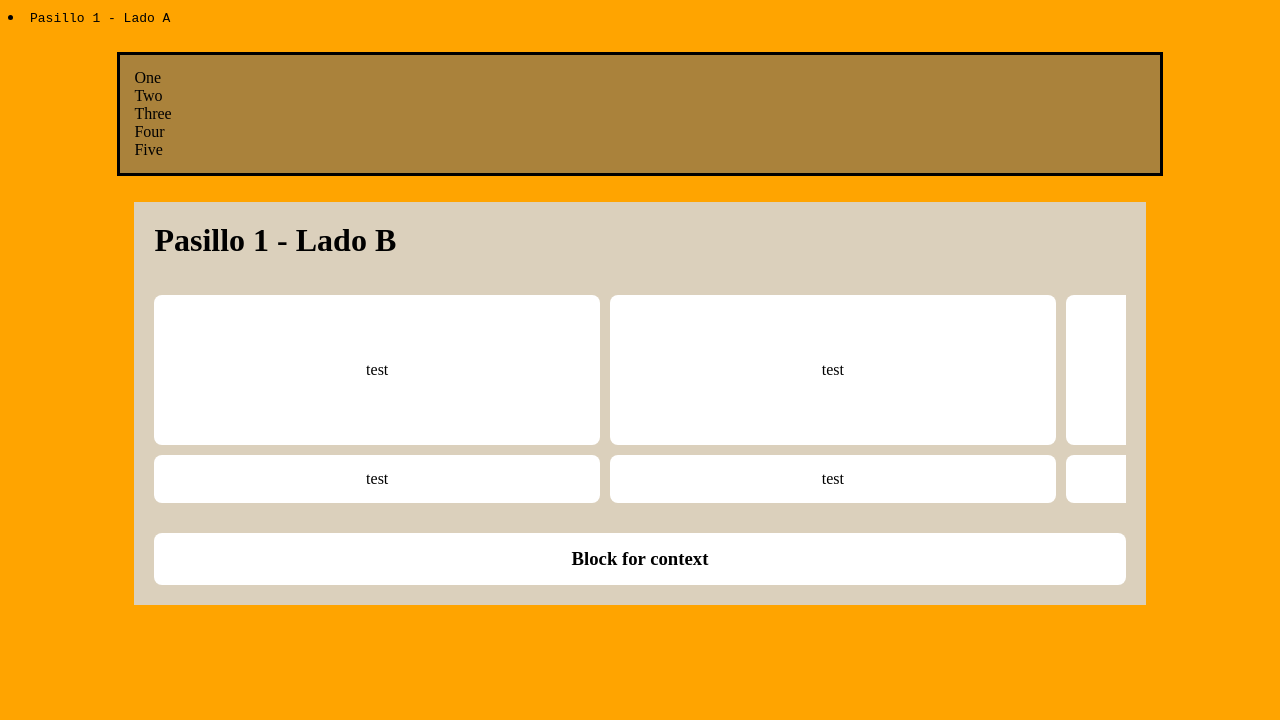
Repository: Franzcod/DepoStock_Web
Page: index.html
These files come from the project's save history. The page is drawn as it stood at one moment and after the next save; the edit follows.
The browser window is 1280 px wide. The pictures show the whole page.

Above is the page before, as saved 2020-06-07 02:20:12.
Console error: ReferenceError: ur is not defined

### index.html
<!DOCTYPE html>
<html lang="en">
<head>
    <meta charset="UTF-8">
    <meta name="viewport" content="width=device-width, initial-scale=1.0">
    <title>Deposito Probusol</title>

    <link rel="stylesheet" href="estilo/estilo.css">
</head>
<body>

    <li><code>Pasillo 1 - Lado A</code>
        <div id="div2">
            <div class="wrapper">
                <div class="box1">One</div>
                <div class="box2">Two</div>
                <div class="box3">Three</div>
                <div class="box4">Four</div>
                <div class="box5">Five</div>
            </div>
        </div>
    </li>

    <div class="app">
        <h1>Pasillo 1 - Lado B</h1>

        <ul class="hs">
            <li class="item">test</li>
            <li class="item">test</li>
            <li class="item">test</li>
            <li class="item">test</li>
            <li class="item">test</li>
            <li class="item">test</li>
            <li class="item">test</li>
            <li class="item">test</li>
            <li class="item">test</li>
            <li class="item">test</li>
            <li class="item">test</li>
            <li class="item">test</li>
        </ul>

        <div class="container">
            <div class="item">
            <h3>Block for context</h3>
            </div>
        </div>
    </div>






    <script>ur</script>

</body>







</html>

### estilo/estilo.css
html{
    background-color: rgba(255, 164, 0, 1);
}

#div2 {
    border: 3px solid black;
    width:  80%;
    height: 40%;
    margin: 2vw auto;
    padding: 2vh 2vh;
    background-color: rgba(105, 105, 105, 0.565);
}

#div2 { overflow-x: scroll;}

:root {
--gutter: 20px;
}

.app {
padding: var(--gutter) 0;
display: grid;
grid-gap: var(--gutter) 0;
grid-template-columns: var(--gutter) 1fr var(--gutter);
align-content: start;
}

.app > * {
grid-column: 2 / -2;
}

.app > .full {
grid-column: 1 / -1;
}

.hs {
display: grid;
grid-gap: calc(var(--gutter) / 2);
grid-template-columns: repeat(6, calc(50% - var(--gutter) * 2));
grid-template-rows: minmax(150px, 1fr);

overflow-x: scroll;
scroll-snap-type: x proximity;
padding-bottom: calc(.75 * var(--gutter));
margin-bottom: calc(-.25 * var(--gutter));
}


/* Demo styles */





ul {
list-style: none;
padding: 0;
}

h1,
h2,
h3 {
margin: 0;
}

.app {
width: 80%;
height: 667px;
background: #DBD0BC;
overflow-y: scroll;
margin: 2vw auto;

height: 40%;
}

.hs > li,
.item {
scroll-snap-align: center;
padding: calc(var(--gutter) / 2 * 1.5);
display: flex;
flex-direction: column;
justify-content: center;
align-items: center;
background: #fff;
border-radius: 8px;
}

After the next save:
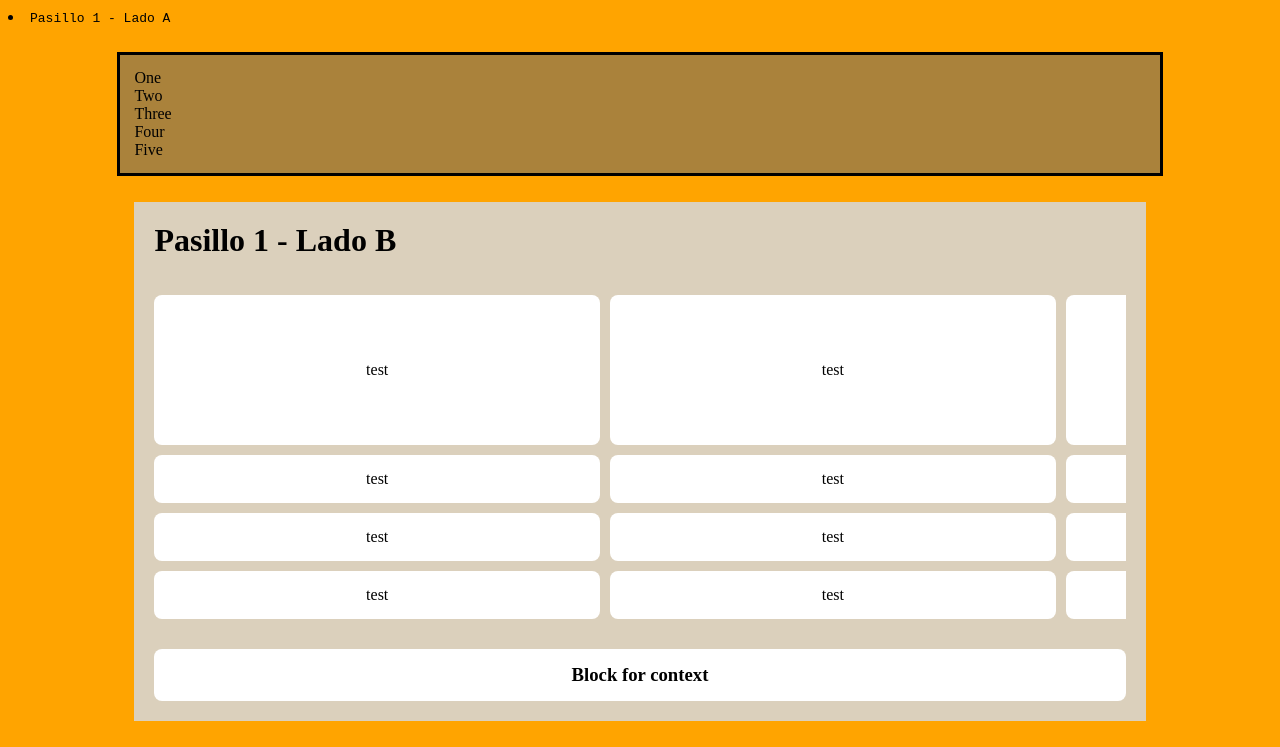
Saved 18 s later.
--- a/index.html
+++ b/index.html
@@ -37,6 +37,18 @@
             <li class="item">test</li>
             <li class="item">test</li>
             <li class="item">test</li>
+            <li class="item">test</li>
+            <li class="item">test</li>
+            <li class="item">test</li>
+            <li class="item">test</li>
+            <li class="item">test</li>
+            <li class="item">test</li>
+            <li class="item">test</li>
+            <li class="item">test</li>
+            <li class="item">test</li>
+            <li class="item">test</li>
+            <li class="item">test</li>
+            <li class="item">test</li>
         </ul>
 
         <div class="container">
